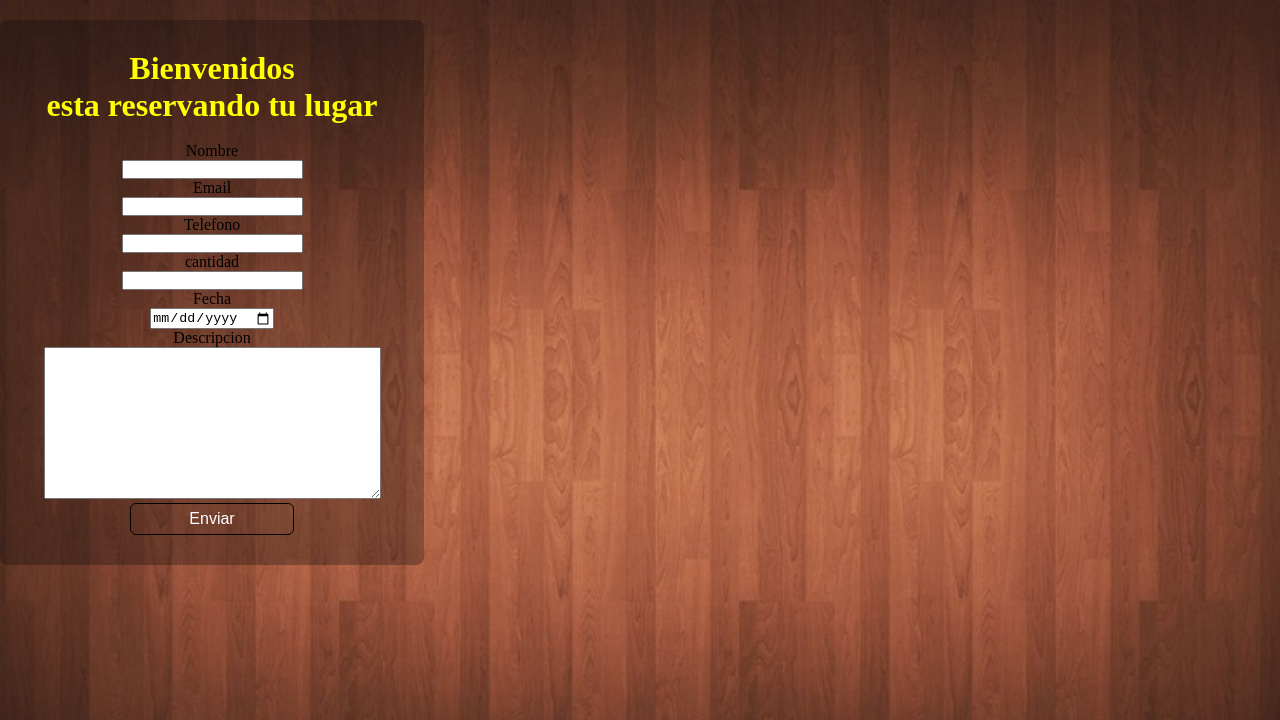
Repository: ye909/aplicacion_restaurante
Page: public/templeis/reserva.html
These files come from the project's save history. The page is drawn as it stood at one moment and after the next save; the edit follows.
The browser window is 1280 px wide. The pictures show the whole page.

Above is the page before, as saved 2024-10-30 22:49:22.

### public/templeis/reserva.html
<!DOCTYPE html>
<html lang="en">

<head>
    <meta charset="UTF-8">
    <meta name="viewport" content="width=device-width, initial-scale=1.0">
    <link rel="stylesheet" href="../css/reserva.css">
    <title>Document</title>
</head>

<body>


    <div class="container">


        <div class="container_rererva">

            <form action="">
                <h1>Bienvenidos <br>esta reservando tu lugar</h1><br>
                <label for="">Nombre </label><br>
                <input type="text" required>

                <br>
                <label for="">Email<br>
                    <input type="text">
                </label>
                <br>
                <label for="">Telefono<br>
                    <input type="text" required>
                </label>
                <br>
                <label for="">cantidad<br>
                    <input type="number">
                </label>
                <br>
                <label for="">Fecha<br>
                    <input type="date">
                </label>
                <br>
                <label for="">Descripcion<br>
                    <textarea name="" id="" cols="40" rows="10"></textarea>
                </label>
                <br>

                <button class="submit-button">Enviar</button>
            </form>
        </div>
    </div>

</body>

</html>

### public/css/reserva.css


*{
    margin: 0;
    padding: 0;
}
    body{
    background-image:url(/public/imagen/fondo_card.jpg);
    background-repeat:no-repeat;
    box-sizing:border-box;
    background-attachment: fixed;
    background-size:100%;
}
.container {
  margin-top: 20px;
  width: 30%;
  background-color: white;
  padding: 20px;
  border-radius: 8px;
  background:rgba(14, 13, 13,0.3);
  /* display: none; */
}
.container_rererva{

  text-align: center;
  padding: 10px;
}

h1{
  color:yellow;
}






textarea {
  resize: vertical;
}




.submit-button {
  width: 45%;
  padding: 6px;
  background-color: transparent;
  color: white;
  border: none;
  border-radius: 4px;
  font-size: 16px;
  cursor: pointer;
  border:1px solid black;

  border-radius:6px;
}

.submit-button:hover {
  background-color: rgb(29, 6, 233);
  box-shadow: 1px 1px 1px #f1f1f1;
}



/* .container_fondo{

    display: flex;
    justify-content: space-around;
    align-items: center;
    flex-direction: row;
    flex-wrap: wrap;
    margin-right: 20px;
    }

  .title {
    text-align: center;
    font-size: 24px;
    margin-bottom: 20px;
  }

  .form-group {
    margin-bottom: 15px;
  }

  label { */
    /* display: block; */
    /* margin-bottom: 5px; */
    /* color:white;
    font-size: 15px;
  }
  input, textarea {
    width: 90%;
    padding: 10px;
    border: 1px solid #ccc;
    border-radius: 4px;
  }
  .inline-group {
    display: flex;
    gap: 10px;

  }
  .inline-group > div {
    width: 46%;
  }



  input:focus{
    outline: none;
    }
    select{
        padding: 4px;

    }
    .texto_reserva img{
      object-fit: cover;
      width: 20%;
   animation: animacionglobo 2s 2 linear;
    }
@keyframes animacionglobo {
  from{
opacity: 1;
  }to{
    transform:rotate(360deg);
  }
}
    .texto_reserva{
      display: none;
      width: 40%;
      top: 100px;
      position: fixed;
      text-align: center;
      background:rgba(252, 249, 249,0.4);
      z-index: 22;
      text-wrap:balance;
      line-height: 2;
   border-radius: 10px ;
   animation: animacion 2s  1;

    }
    @keyframes animacion{
from{
  opacity: 0;
  transform: translateY(-400px);
}to{
  opacity: 1;
}
  }


    }
    .texto_reserva div{
      display: flex;
      justify-content: flex-end;
      font-size: 24px;
      color:red;
      margin: -10px 5px;
      cursor: pointer;
    }
    .texto_reserva p{
      width: 96%;
      margin: 10px;
      padding: 10px;
      font-size: 20px;
    }

    .info{

      font-size: 20px;
  margin-left: 60px;

  }
 */

After the next save:
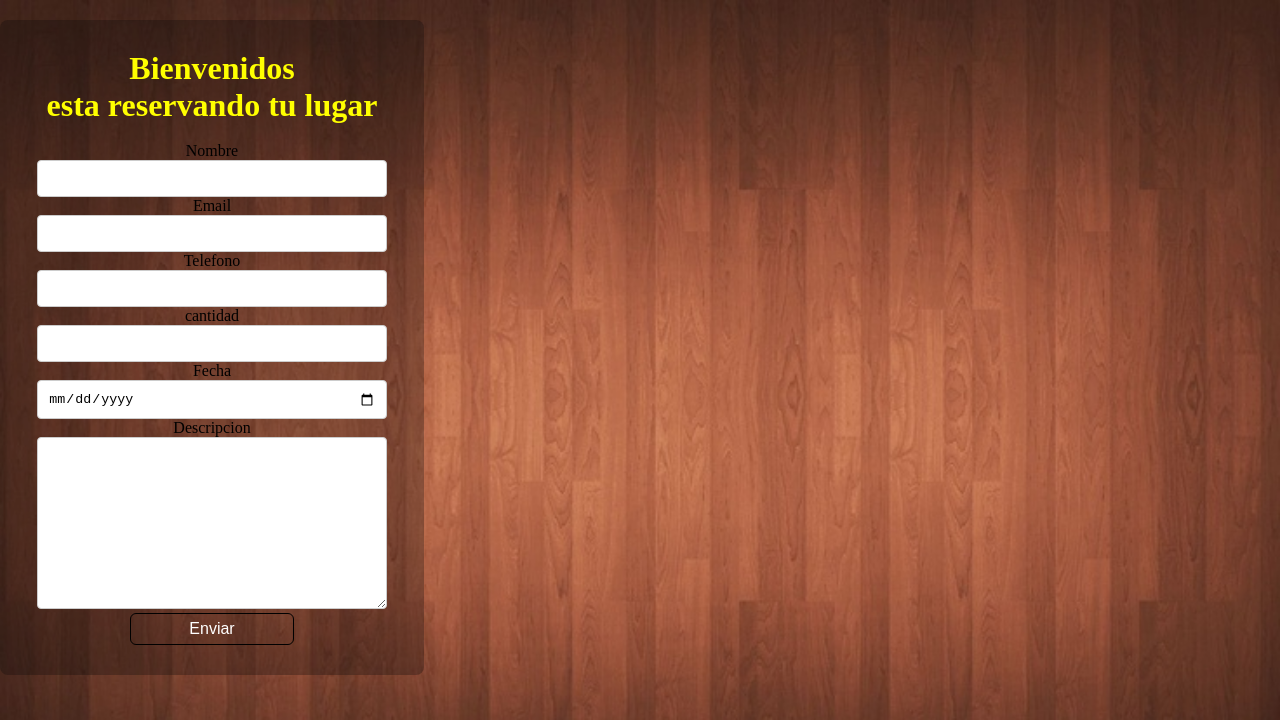
Saved 44 s later.
--- a/public/css/reserva.css
+++ b/public/css/reserva.css
@@ -38,7 +38,12 @@ h1{
 textarea {
   resize: vertical;
 }
-
+input, textarea {
+  width: 90%;
+  padding: 10px;
+  border: 1px solid #ccc;
+  border-radius: 4px;
+}
 
 
 
@@ -89,12 +94,7 @@ textarea {
     /* color:white;
     font-size: 15px;
   }
-  input, textarea {
-    width: 90%;
-    padding: 10px;
-    border: 1px solid #ccc;
-    border-radius: 4px;
-  }
+
   .inline-group {
     display: flex;
     gap: 10px;
